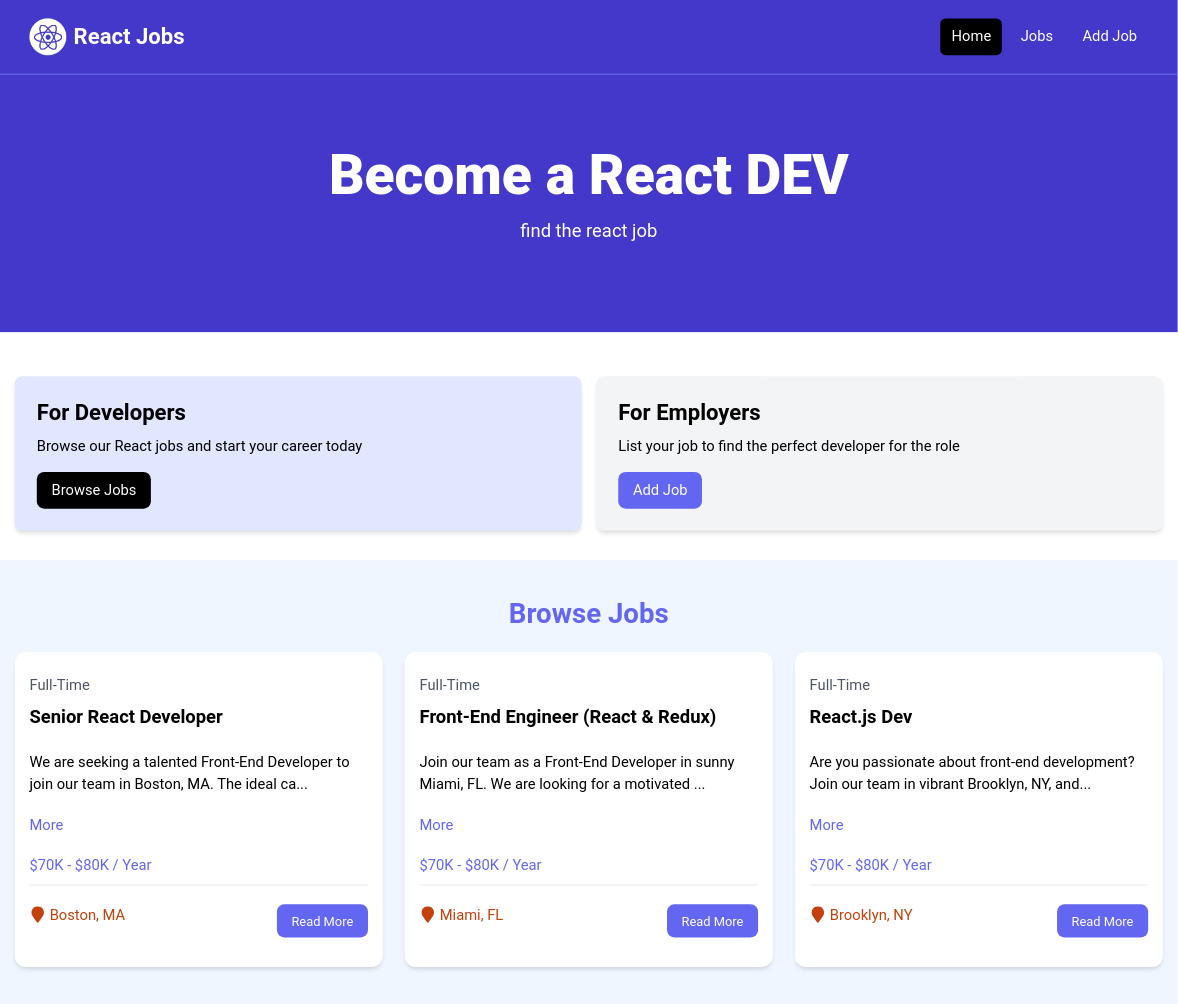
Repository: Geohot-2020/React_setup
Page: / (app in react-crash-2024/)
These files come from the project's save history. The page is drawn as it stood at one moment and after the next save; the edit follows.
The browser window is 1280 px wide. The pictures show the whole page, at 92% of full size.
The project was rebuilt for these pictures with package versions that can differ from the ones it lists, and the page was loaded fresh each time. Also part of the build but not shown: react-crash-2024/vite.config.js, react-crash-2024/src/components/ViewAllJobs.jsx, react-crash-2024/src/pages/JobsPage.jsx, react-crash-2024/src/pages/NotFoundPage.jsx.

Above is the page before, as saved 2024-11-13 17:18:46.

After the next save:
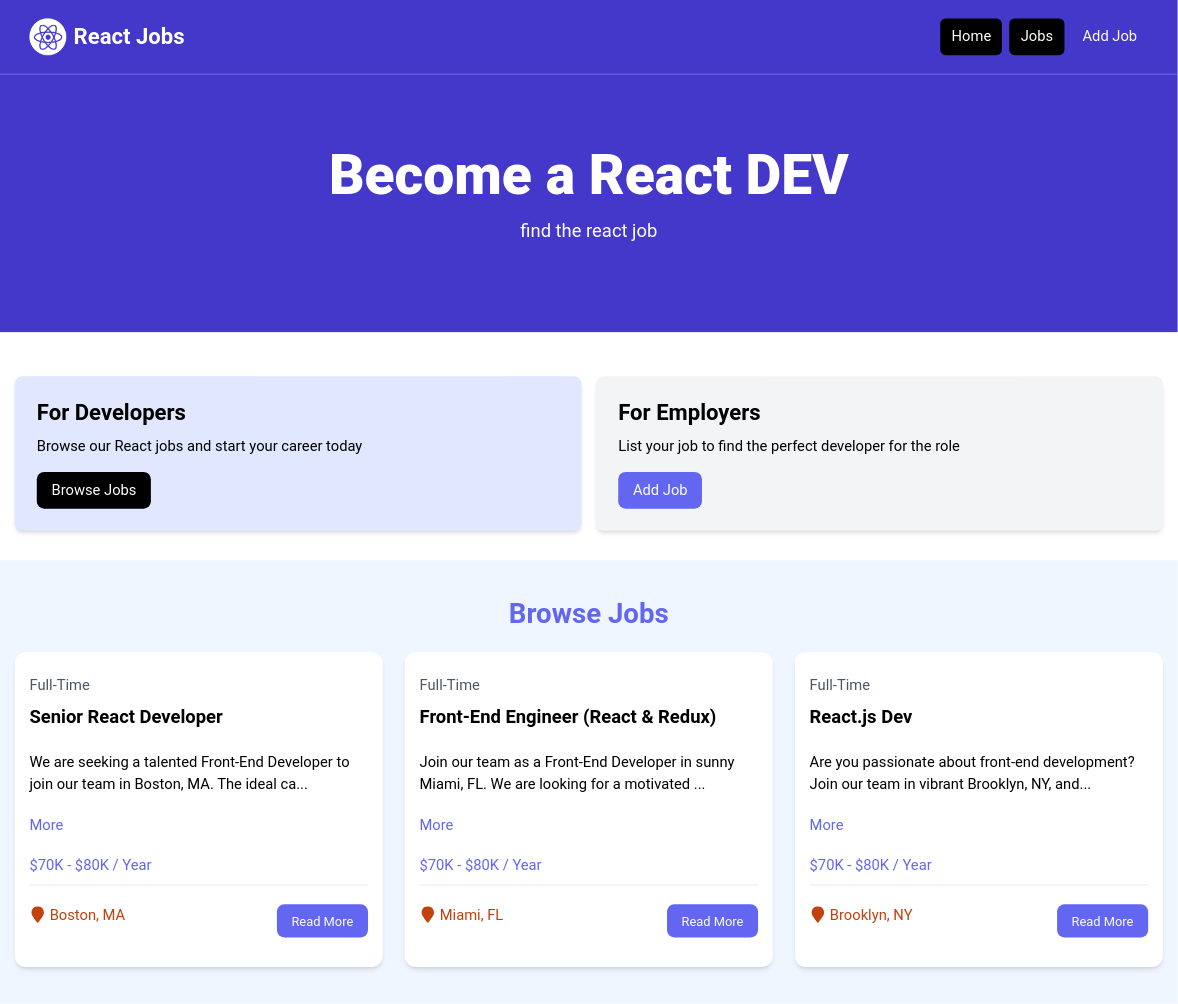
Saved 12 s later.
--- a/react-crash-2024/src/components/Navbar.jsx
+++ b/react-crash-2024/src/components/Navbar.jsx
@@ -30,7 +30,7 @@ const Navbar = () => {
                                 >
                                 <NavLink
                                     to="/jobs"
-                                    className="text-white hover:bg-gray-900 hover:text-white rounded-md px-3 py-2"
+                                    className={ ( isActive) => isActive ? 'bg-black text-white hover:bg-gray-900 hover:text-white rounded-md px-3 py-2': ''}
                                 >Jobs</NavLink
                                 >
                                 <NavLink
